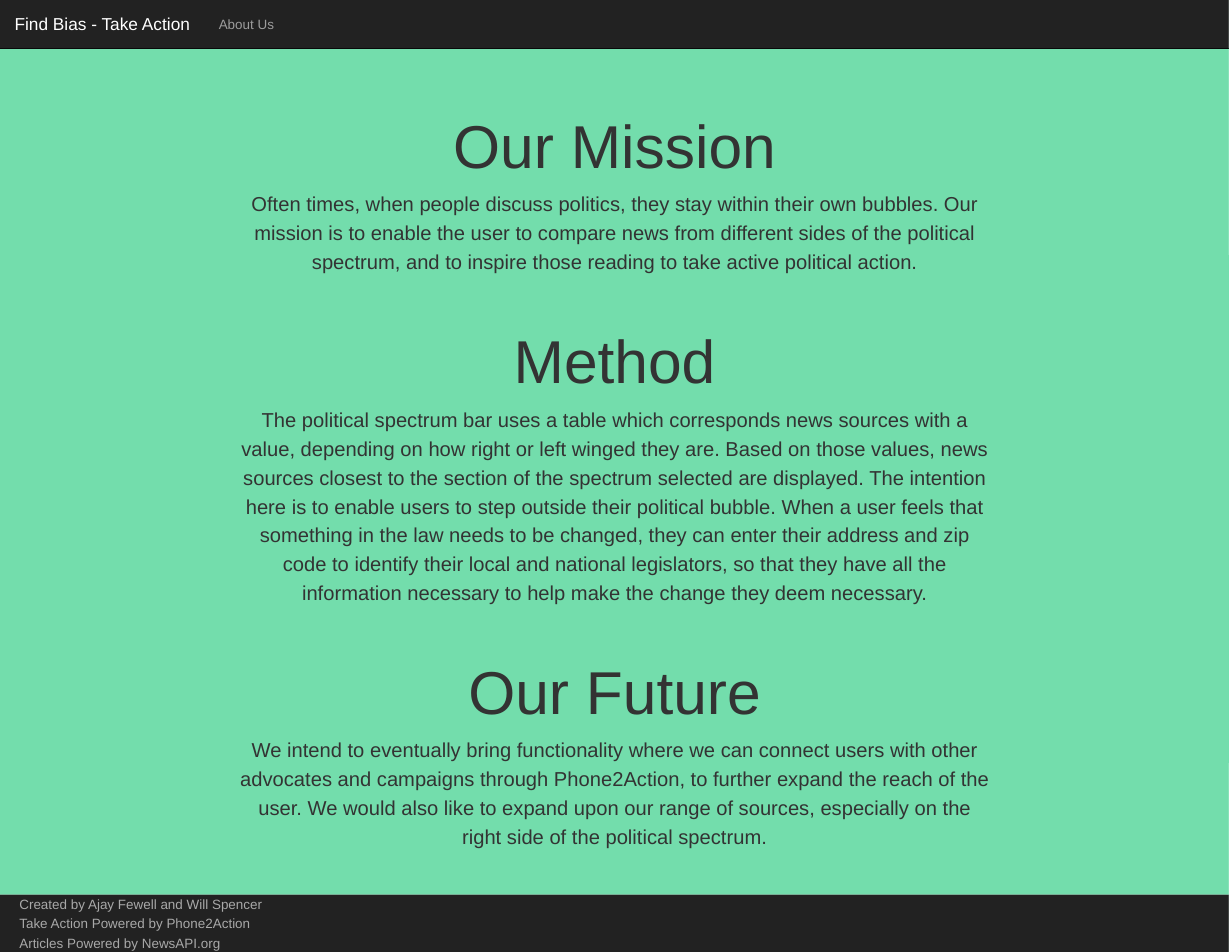
Repository: willespencer/Web-Application-Labs
Page: hacktj/about.html
The author's editor kept a record of every edit. The page is drawn from the files as they stood at one moment, then again after the next edit.
The browser window is 1280 px wide. The pictures show the whole page, at 96% of full size.

Above is the page before.

After the next edit:
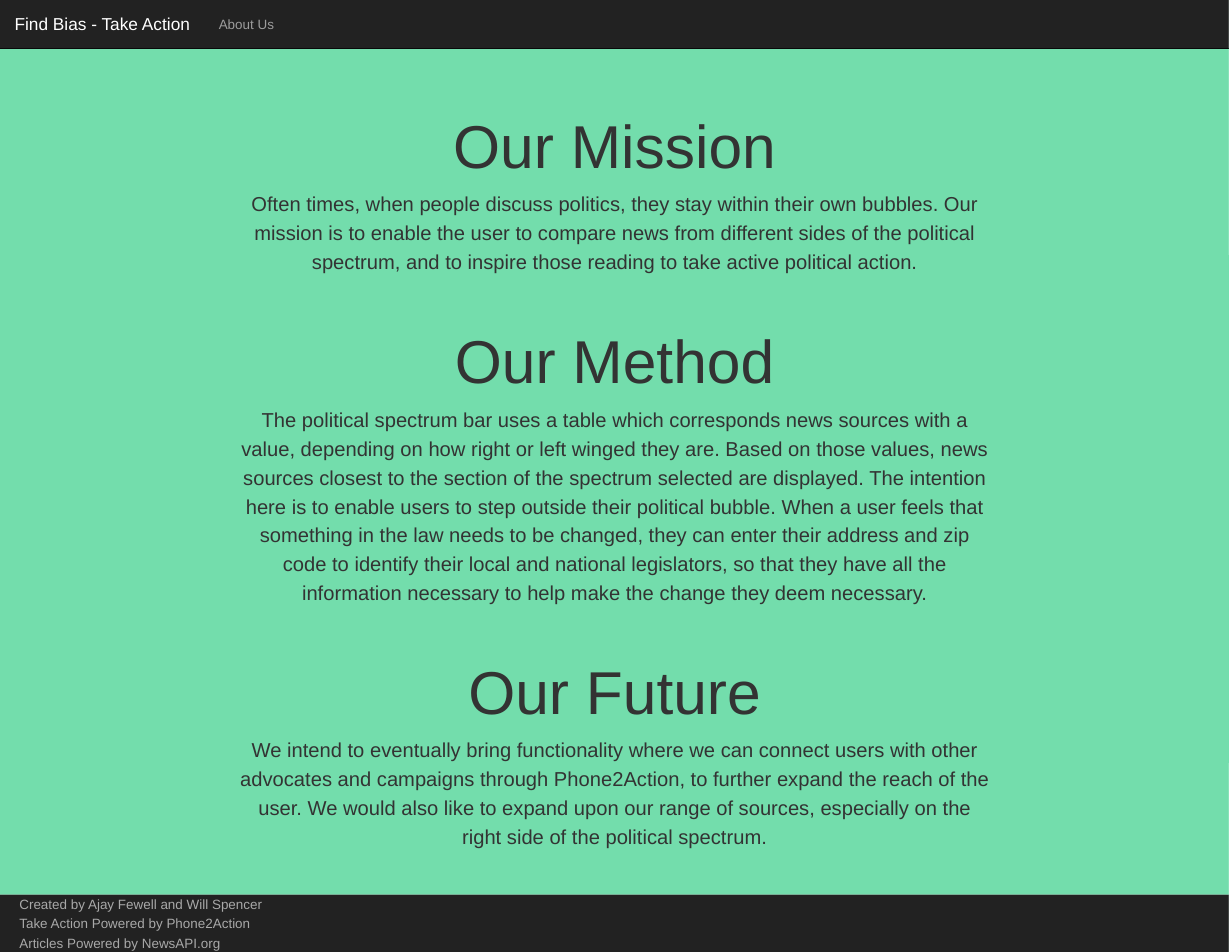
The edit:
--- a/hacktj/about.html
+++ b/hacktj/about.html
@@ -30,7 +30,7 @@
             <p class = "desc">Often times, when people discuss politics, they stay within their own bubbles. Our mission is to enable the user to compare news from different sides of the political spectrum, and to inspire those reading to take active political action. </p>
             <br>
             <h1>
-                Method
+                Our Method
             </h1>
             <p class = "desc">
                 The political spectrum bar uses a table which corresponds news sources with a value, depending on how right or left winged they are. Based on those values, news sources closest to the section of the spectrum selected are displayed. The intention here is to enable users to step outside their political bubble. When a user feels that something in the law needs to be changed, they can enter their address and zip code to identify their local and national legislators, so that they have all the information necessary to help make the change they deem necessary.
